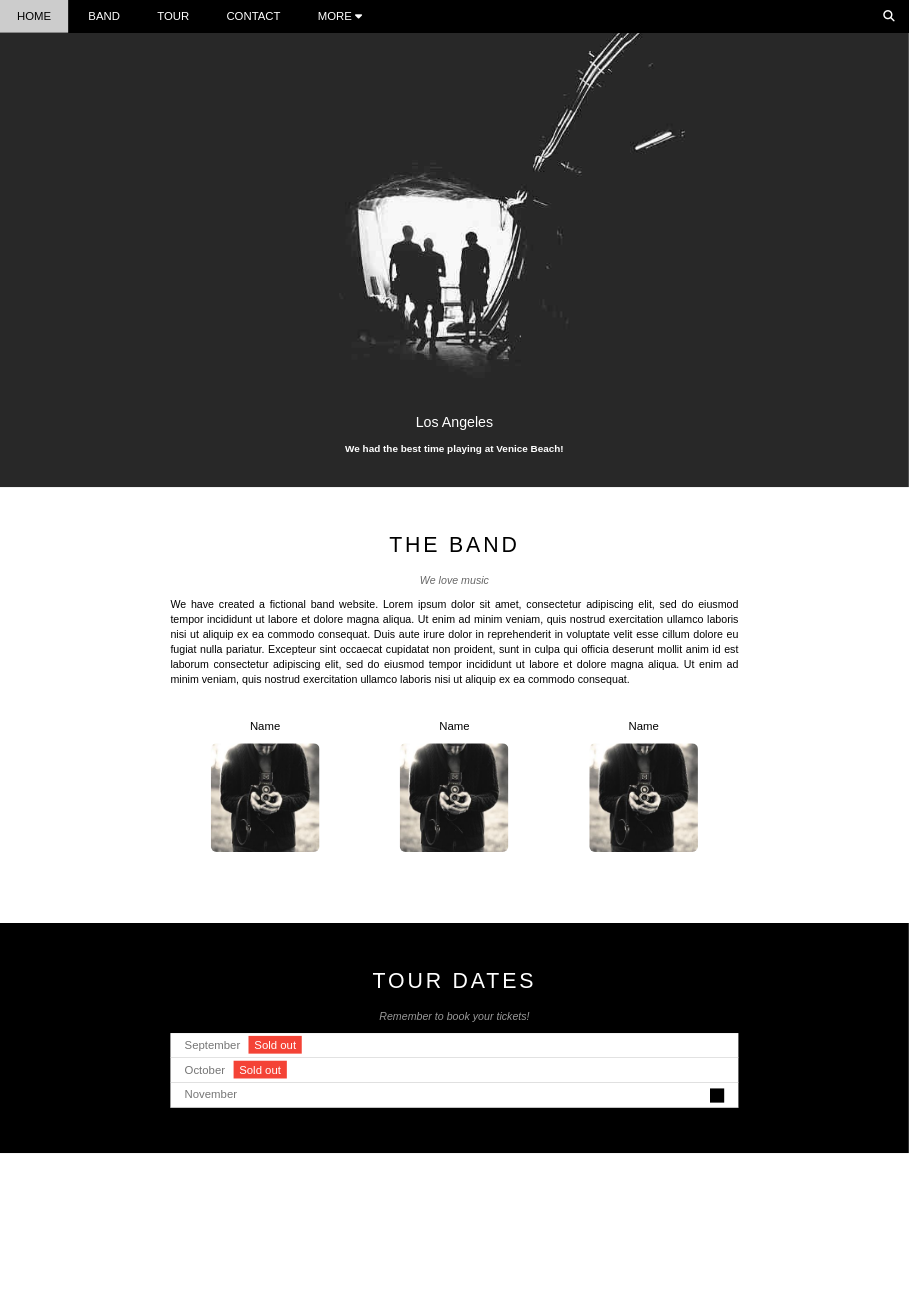
Repository: TranPhucThinh/clone-the-band
Page: index.html
An editor plug-in stored every save of this project. The page is shown before and after the next save, followed by the edit.
The browser window is 1280 px wide. The pictures show the whole page, at 71% of full size.
Some web libraries are served in a nearby version.

Above is the page before, as saved 2022-08-04 12:27:16.

### index.html
<!DOCTYPE html>
<html lang="en">

<head>
    <meta charset="UTF-8">
    <meta http-equiv="X-UA-Compatible" content="IE=edge">
    <meta name="viewport" content="width=device-width, initial-scale=1.0">

    <title>The Band</title>

    <link rel="stylesheet" href="./assets/style.css">
    <link rel="stylesheet" href="https://cdnjs.cloudflare.com/ajax/libs/font-awesome/6.1.2/css/all.min.css">
</head>

<body>
    <div id="main">

        <div id="header">
            <ul id="nav">
                <li><a href="">Home</a></li>
                <li><a href="">Band</a></li>
                <li><a href="">Tour</a></li>
                <li><a href="">Contact</a></li>
                <li>
                    <a href="">
                        More
                        <i class="fa-solid fa-caret-down"></i>
                    </a>

                    <ul class="subnav">
                        <li><a href="">Merchandise</a></li>
                        <li><a href="">Extras</a></li>
                        <li><a href="">Media</a></li>
                    </ul>
                </li>
            </ul>

            <div class="search-btn">
                <i class="fa-solid fa-magnifying-glass"></i>
            </div>
        </div>

        <div id="slider">
            <div class="text-slider">
                <div class="slider-heading">Los Angeles</div>
                <div class="slider-title">We had the best time playing at Venice Beach!</div>
            </div>
        </div>

        <div id="content">
            <!-- Section About -->
            <div class="section-about">

                <div class="section-content">
                    <p class="title">The band</p>
                    <i class="subtitle">We love music</i>
                    <p class="desc">
                        We have created a fictional band website. Lorem ipsum dolor sit amet, consectetur adipiscing
                        elit,
                        sed
                        do eiusmod tempor incididunt ut labore et dolore magna aliqua. Ut enim ad minim veniam, quis
                        nostrud
                        exercitation ullamco laboris nisi ut aliquip ex ea commodo consequat. Duis aute irure dolor in
                        reprehenderit in voluptate velit esse cillum dolore eu fugiat nulla pariatur. Excepteur sint
                        occaecat
                        cupidatat non proident, sunt in culpa qui officia deserunt mollit anim id est laborum
                        consectetur
                        adipiscing elit, sed do eiusmod tempor incididunt ut labore et dolore magna aliqua. Ut enim ad
                        minim
                        veniam, quis nostrud exercitation ullamco laboris nisi ut aliquip ex ea commodo consequat.
                    </p>
                    <div class="member">
                        <div class="member-1">
                            <p>Name</p>
                            <img src="./assets/imgs/bandmember.jpg" alt="">
                        </div>
                        <div class="member-2">
                            <p>Name</p>
                            <img src="./assets/imgs/bandmember.jpg" alt="">
                        </div>
                        <div class="member-3">
                            <p>Name</p>
                            <img src="./assets/imgs/bandmember.jpg" alt="">
                        </div>
                    </div>
                </div>
            </div>

            <!-- End of Section About -->

            <!-- Section Tour Dates -->
            <div class="tour-date">
                <div class="section-content">
                    <p class="title">Tour dates</p>
                    <i class="subtitle">Remember to book your tickets!</i>

                    <ul class="ticket-state">
                        <li>September<span class="sold-out">Sold out</span></li>
                        <li>October<span class="sold-out">Sold out</span></li>
                        <li>November<span class="quantity">3</span></li>
                    </ul>
                </div>
            </div>

            <!-- End ofSection Tour Dates -->
        </div>

        <div id="footer">

        </div>


    </div>
</body>

</html>

### assets/style.css
* {
  padding: 0;
  margin: 0;
  box-sizing: border-box;
}

html {
  font-family: Arial, Helvetica, sans-serif;
}

/* Header Section */
#header {
  height: 46px;
  background-color: #000;
  position: fixed;
  top: 0;
  right: 0;
  left: 0;
  z-index: 1;
}

#nav {
  display: inline-block;
}

#nav > li {
  display: inline-block;
}

#nav li {
  position: relative;
}

#nav > li > a {
  color: #fff;
  text-transform: uppercase;
}

#nav li a {
  line-height: 46px;
  padding: 0 24px;
  display: inline-block;
  text-decoration: none;
}

#nav > li:hover > a,
.subnav li:hover a {
  color: #000;
  background-color: #ccc;
}

#nav .subnav {
  display: none;
  position: absolute;
  background-color: #fff;
  box-shadow: 0 4px 10px 0 rgb(0 0 0 / 20%), 0 4px 20px 0 rgb(0 0 0 / 19%);
}

#nav li:last-child:hover .subnav {
  display: block;
}

#nav li:last-child:hover .fa-caret-down {
  color: #000;
}

#nav .subnav li {
  list-style-type: none;
}

#nav .subnav a {
  color: #000;
  display: block;
  line-height: 40px;
  padding: 0 32px;
}

#header .fa-solid {
  color: #fff;
}

.search-btn {
  float: right;
  line-height: 46px;
  padding: 0 20px;
}

.search-btn:hover {
  background-color: red;
  cursor: pointer;
}
/* End of Header Section */

/* Slider Section */
#slider {
  background-color: #fff;
  margin-top: 46px;
  padding-top: 50%;
  background: url('/assets/imgs/la.jpg') top center / cover no-repeat;
  position: relative;
}

#slider .text-slider {
  color: #fff;
  text-align: center;
  position: absolute;
  bottom: 47px;
  left: 50%;
  transform: translate(-50%);
}

#slider .slider-heading {
  font-size: 20px;
  margin-bottom: 16px;
}

#slider .slider-title {
  font-size: 14px;
  font-weight: 700;
}
/* End of Slider Section */

/* About Section */
.section-content {
  max-width: 800px;
  margin: 0 auto;
  text-align: center;
  padding: 64px 0;
}

.section-content .title {
  font-size: 30px;
  text-transform: uppercase;
  letter-spacing: 4px;
  margin-bottom: 25px;
}

.section-content .subtitle {
  opacity: 0.6;
  font-size: 15px;
  margin-bottom: 15px;
  display: inline-block;
}

#content .desc {
  text-align: justify;
  font-size: 15px;
  line-height: 1.4;
  margin-bottom: 47px;
}

#content .member {
  display: flex;
  justify-content: space-around;
  margin-bottom: 32px;
}

.member p {
  margin-bottom: 15px;
}

.member img {
  width: 60%;
  border-radius: 8px;
}
/* End of About Section */

/* Tour date Section */
.tour-date {
  background-color: #000;
  color: #fff;
}

.ticket-state {
  text-align: start;
  list-style-type: none;
}

.ticket-state li {
  padding: 8px 20px;
  background-color: #fff;
  color: #757575;
  border-bottom: 1px solid #ddd;
}

.ticket-state .sold-out {
  background-color: #f44336;
  color: #fff;
  padding: 4px 8px;
  margin-left: 12px;
}

.ticket-state .quantity {
  float: right;
  color: #fff;
  background-color: #000;
  width: 20px;
  height: 20px;
  text-align: center;
  line-height: 20;
}
/* End of Tour date Section */

After the next save:
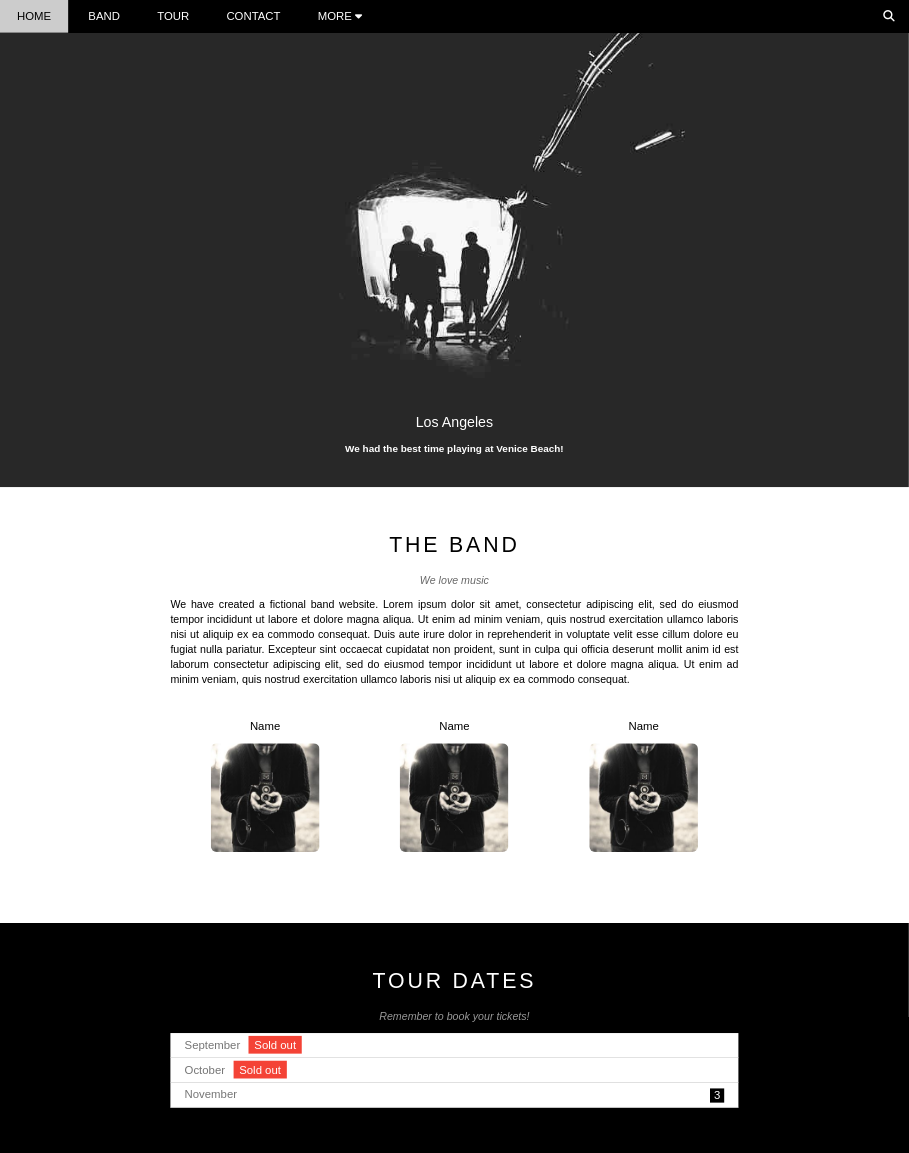
Saved 16 s later.
--- a/assets/style.css
+++ b/assets/style.css
@@ -197,6 +197,6 @@ html {
   width: 20px;
   height: 20px;
   text-align: center;
-  line-height: 20;
+  line-height: 20px;
 }
 /* End of Tour date Section */
